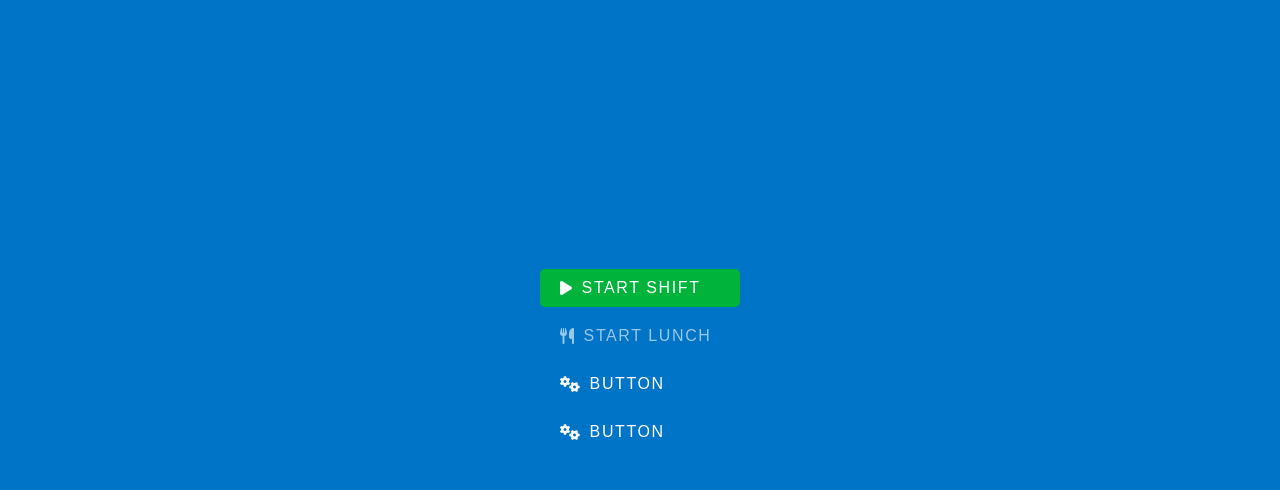
Repository: Philip-Rogers/button-state
Page: index.html
These files come from the project's save history. The page is drawn as it stood at one moment and after a run of saves; the edit follows.
The browser window is 1280 px wide. The pictures show the whole page.

Above is the page before, as saved 2024-08-15 00:27:42.

After the next 3 saves:
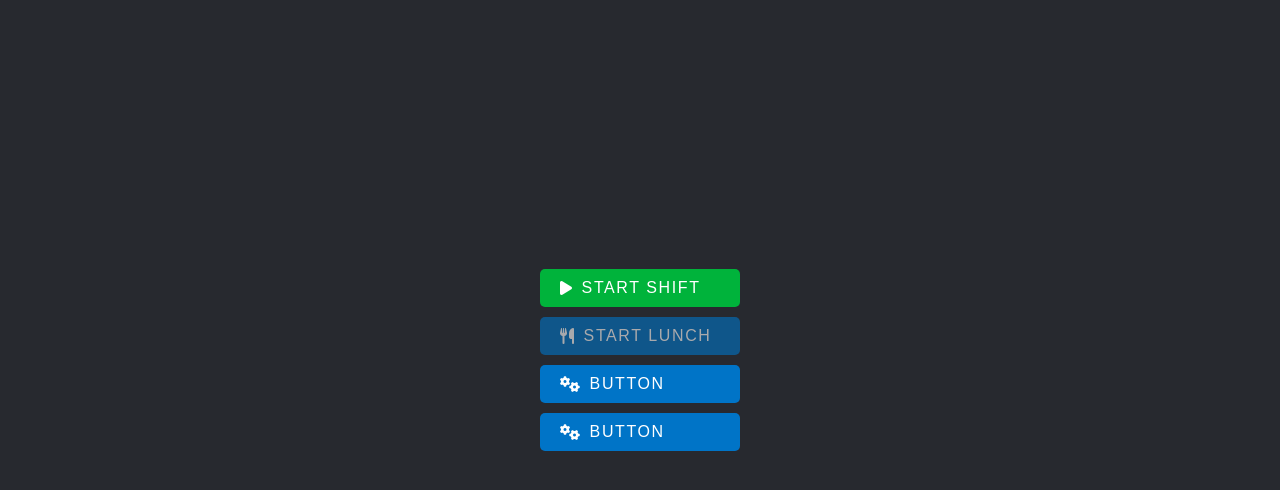
The 3 saves are shown as one change because they came seconds apart.
The last was saved 10 s later.
--- a/index.css
+++ b/index.css
@@ -15,7 +15,7 @@
 
 body {
     font-family: "Brandon Grotesque";
-    background-color: hsl(205, 100%, 39%);
+    background-color: hsl(225, 9%, 17%);
     margin: 0;
     display: flex;
     justify-content: center;
